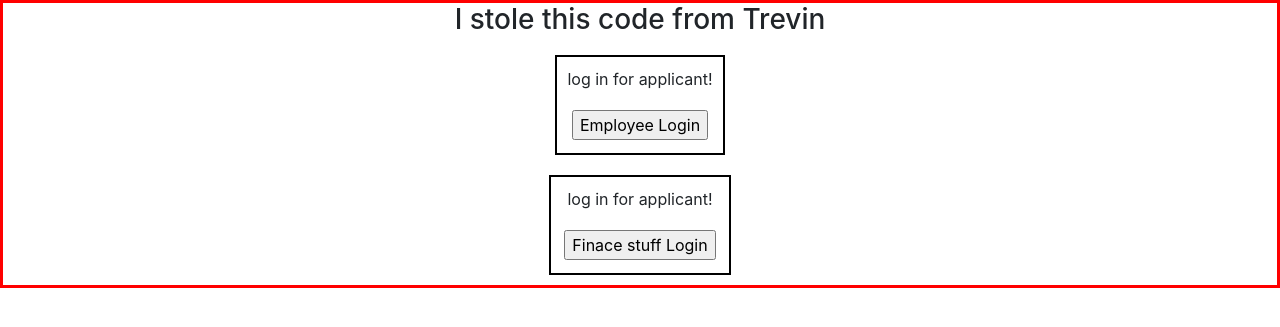
Repository: 2001usfpega/ZhenJ-code
Page: Project1/Showmethemoney/src/main/webapp/resources/html/homepage.html
The author's editor kept a copy of each file at every save. The page is drawn from the files as they stood at one save, then again after the next save.
The browser window is 1280 px wide. The pictures show the whole page.

Above is the page before, as saved 2020-02-09 16:08:03.

### Project1/Showmethemoney/src/main/webapp/resources/html/homepage.html
<!DOCTYPE html>
<html>
<head>
<meta charset="ISO-8859-1">
<title>Login</title>
<link rel="stylesheet"
	href="https://stackpath.bootstrapcdn.com/bootstrap/4.3.1/css/bootstrap.min.css"
	integrity="sha384-ggOyR0iXCbMQv3Xipma34MD+dH/1fQ784/j6cY/iJTQUOhcWr7x9JvoRxT2MZw1T"
	crossorigin="anonymous">
<link rel=stylesheet type="text/css"
	href="/Showmethemoney/resources/css/mystyles.css">
</head>
<body>

	<body>
	<div class="login-container">
		<!-- FRONT CONTROLLER EXAMPLE -->
		<h3>I stole this code from Trevin</h3>

		<form method="post" action="/Showmethemoney/toEmployeeLogIn">
			<p>log in for applicant!</p>
			<input type="submit" value="Employee Login" />
		</form>

		<form method="post" action="/Showmethemoney/toFinaceLogIn">
			<p>log in for applicant!</p>
			<input type="submit" value="Finace stuff Login" />
		</form>


	</div>
</body>






	<script src="https://code.jquery.com/jquery-3.3.1.slim.min.js"
		integrity="sha384-q8i/X+965DzO0rT7abK41JStQIAqVgRVzpbzo5smXKp4YfRvH+8abtTE1Pi6jizo"
		crossorigin="anonymous"></script>
	<script
		src="https://cdnjs.cloudflare.com/ajax/libs/popper.js/1.14.7/umd/popper.min.js"
		integrity="sha384-UO2eT0CpHqdSJQ6hJty5KVphtPhzWj9WO1clHTMGa3JDZwrnQq4sF86dIHNDz0W1"
		crossorigin="anonymous"></script>
	<script
		src="https://stackpath.bootstrapcdn.com/bootstrap/4.3.1/js/bootstrap.min.js"
		integrity="sha384-JjSmVgyd0p3pXB1rRibZUAYoIIy6OrQ6VrjIEaFf/nJGzIxFDsf4x0xIM+B07jRM"
		crossorigin="anonymous"></script>
</body>

</html>

### Project1/Showmethemoney/src/main/webapp/resources/css/mystyles.css
.login-container {
	display: flex;
	flex-direction: column;
    align-items: center;
    border: 3px solid red;
    text-align: center;
}

form {
	border: 2px solid black;
	padding: 10px;
	margin: 10px;
}

input {
	margin: 3px;
}

After the next save:
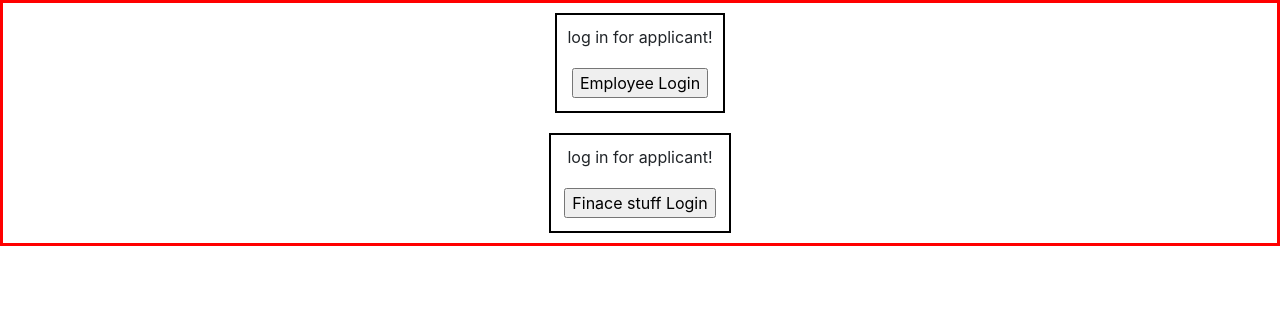
Saved 40 s later.
--- a/Project1/Showmethemoney/src/main/webapp/resources/html/homepage.html
+++ b/Project1/Showmethemoney/src/main/webapp/resources/html/homepage.html
@@ -15,7 +15,6 @@
 	<body>
 	<div class="login-container">
 		<!-- FRONT CONTROLLER EXAMPLE -->
-		<h3>I stole this code from Trevin</h3>
 
 		<form method="post" action="/Showmethemoney/toEmployeeLogIn">
 			<p>log in for applicant!</p>
